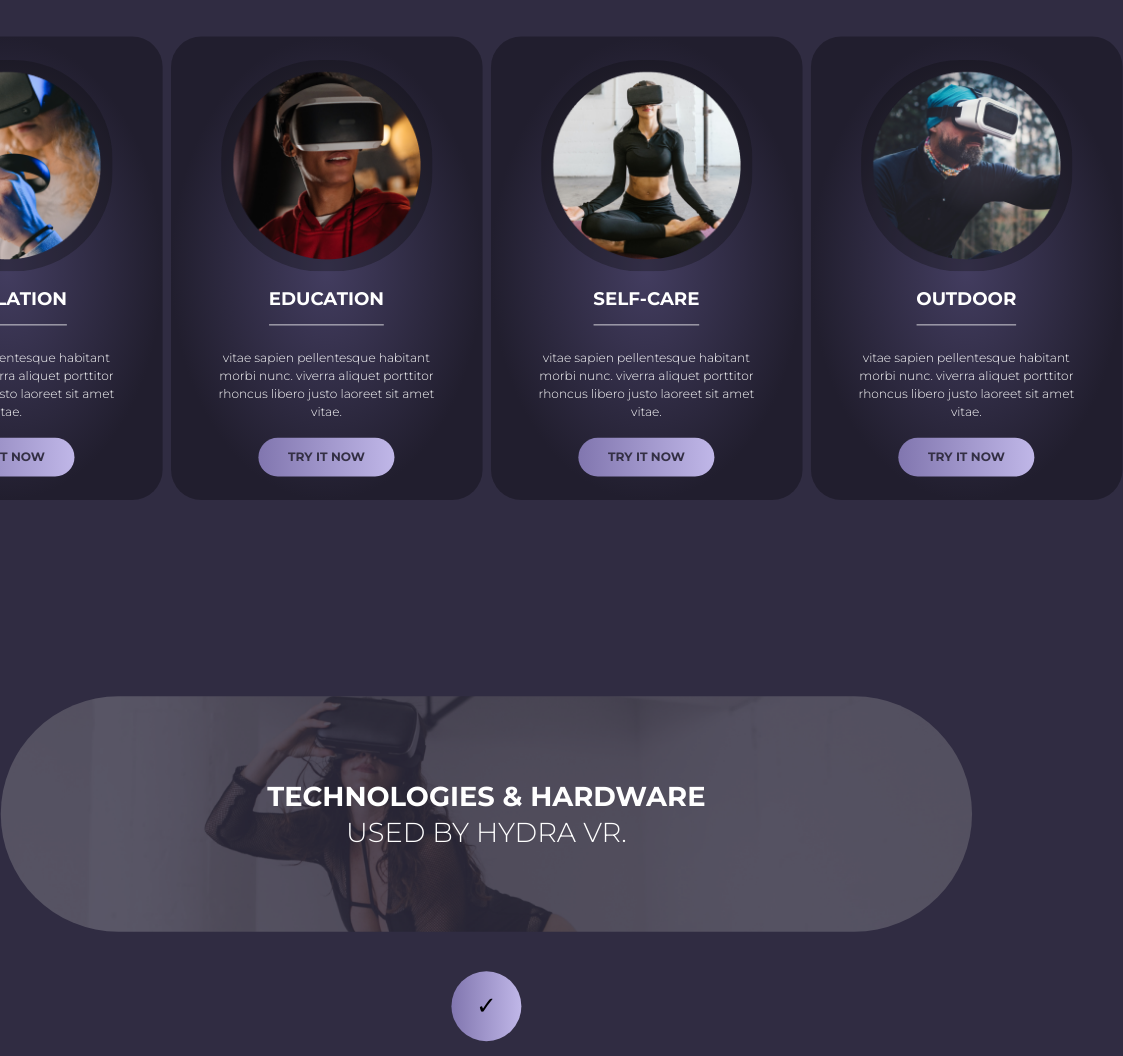
Repository: xMargi/Hydra-LandingPage
Page: index.html
These files come from the project's save history. The page is drawn as it stood at one moment and after the next save; the edit follows.
The browser window is 1280 px wide. The page is 1477 px wide, so the pictures cover 1477 px, including what lies to the right of the window. The pictures show the whole page, at 76% of full size.

Above is the page before, as saved 2023-06-07 21:13:04.

After the next save:
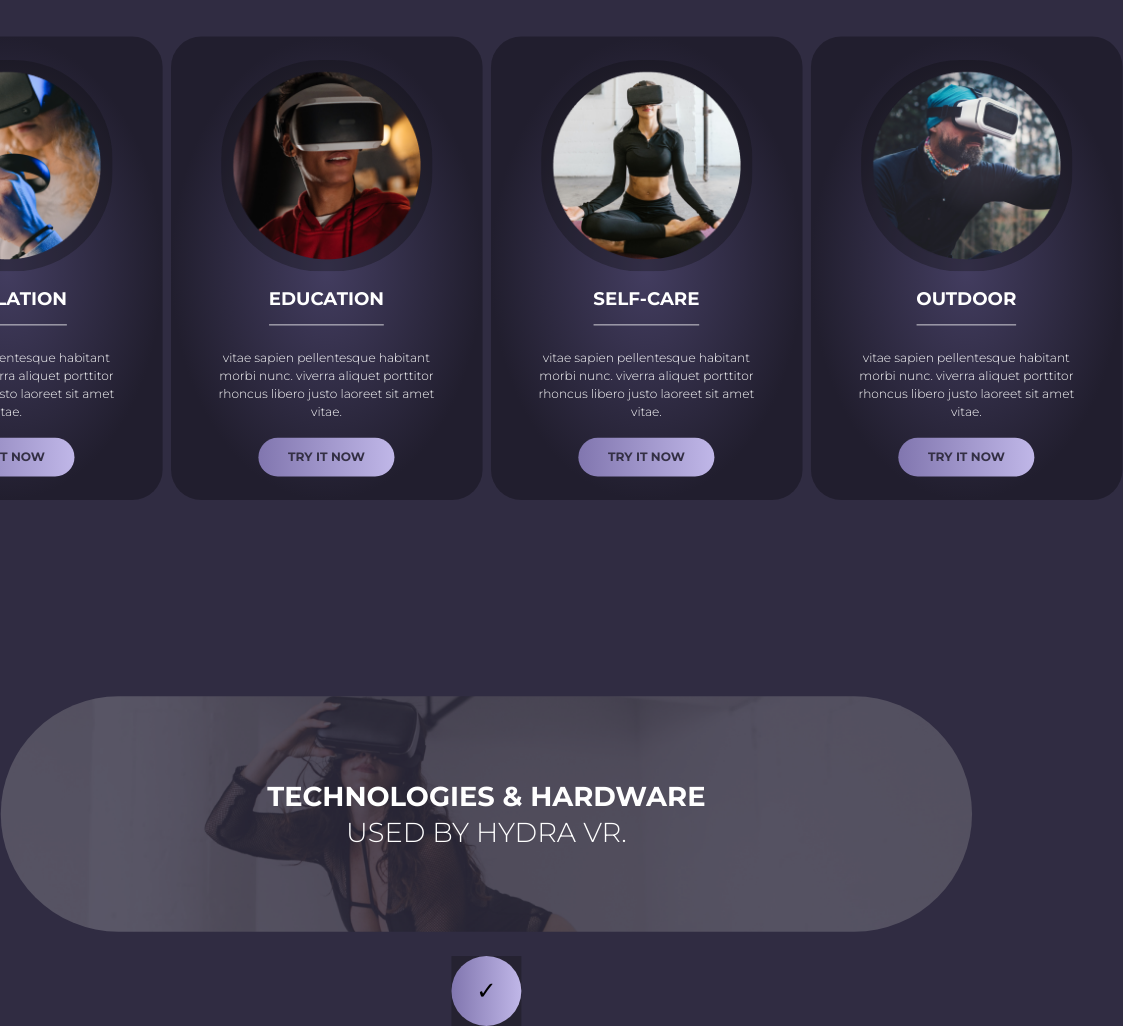
Saved 34 s later.
--- a/style.css
+++ b/style.css
@@ -125,9 +125,7 @@ body{
 }
 
 .container__button{
-
-    padding: 20px;
-
+    background: var(--cor-sombra);
 }
 
 .botao__baixo{
